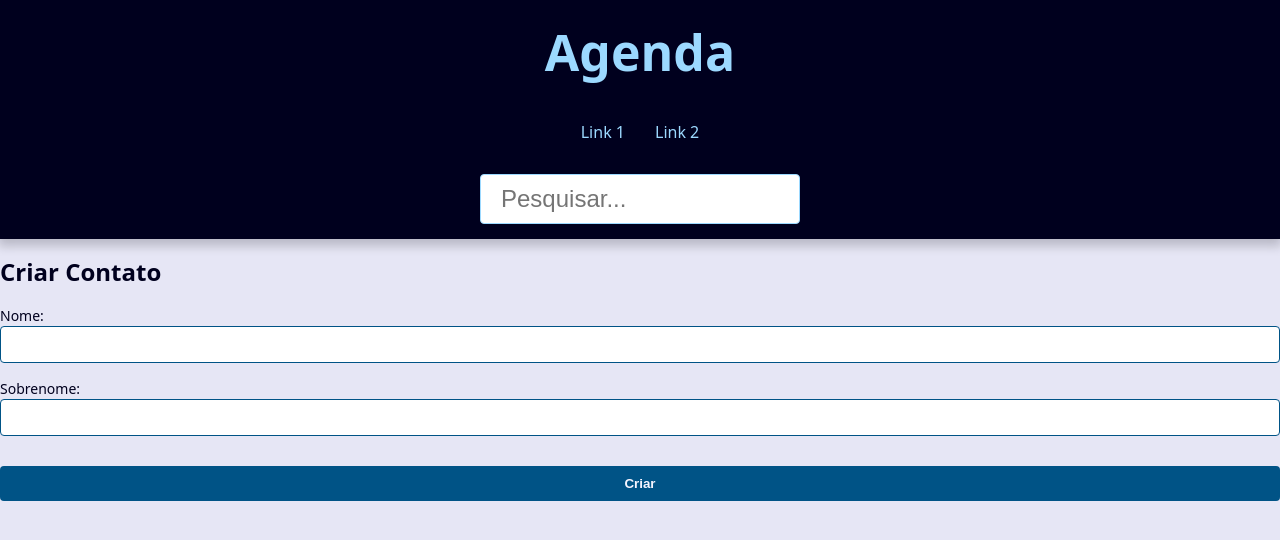
Repository: Anajuliabm248/Agenda
Page: http://localhost/contact/create/
The author's editor kept a copy of each file at every save. The page is drawn from the files as they stood at one save, then again after a run of saves.
The browser window is 1280 px wide. The pictures show the whole page.
The page is served by the project's application, run on Django 5.2 (manage.py).

Above is the page before, as saved 2026-05-03 15:23:53.

After the next 2 saves:
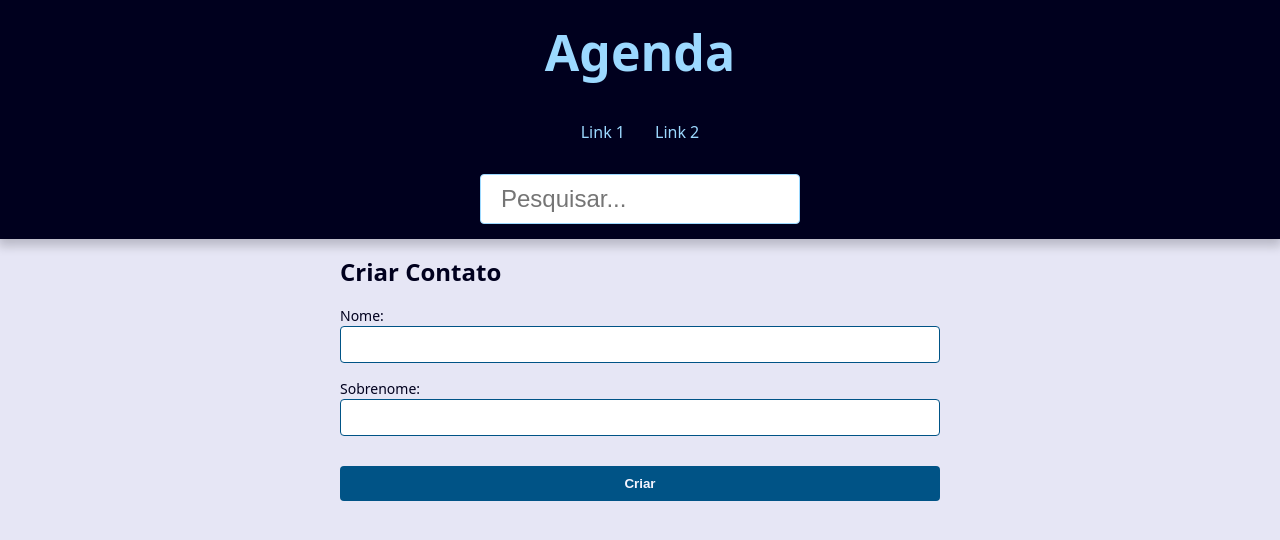
The 2 saves are shown as one change because they came seconds apart.
The last was saved 6 s later.
--- a/contact/templates/contact/create.html
+++ b/contact/templates/contact/create.html
@@ -2,7 +2,7 @@
 
 {% block content %}
 
-<div class="form-wrapper"></div>
+<div class="form-wrapper">
     <h2>Criar Contato</h2>
 
     <!-- enctype serve para indicar que o formulário pode enviar arquivos, como imagens ou documentos. -->
